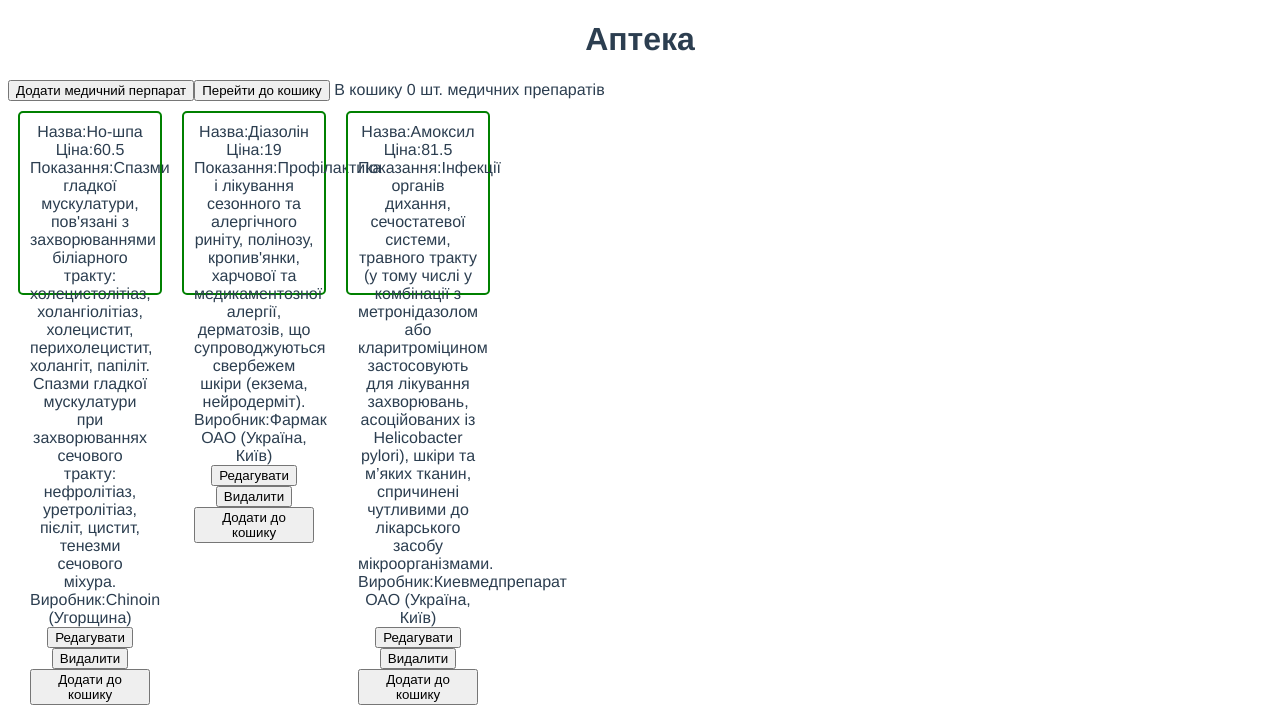
Repository: kristinap8/pharmacy
Page: /
The author's editor kept a copy of each file at every save. The page is drawn from the files as they stood at one save, then again after the next save.
The browser window is 1280 px wide. The pictures show the whole page.
The project was rebuilt for these pictures with package versions that can differ from the ones it lists, and the page was loaded fresh each time. Also part of the build but not shown: src/components/AddMedicineForm/index.vue, src/pages/AddMedicine/index.vue, src/components/EditMedicineForm/index.vue, src/pages/EditMedicine/index.vue, src/components/CartForm/index.vue, src/pages/Cart/index.vue.

Above is the page before, as saved 2020-12-10 02:03:07.

After the next save:
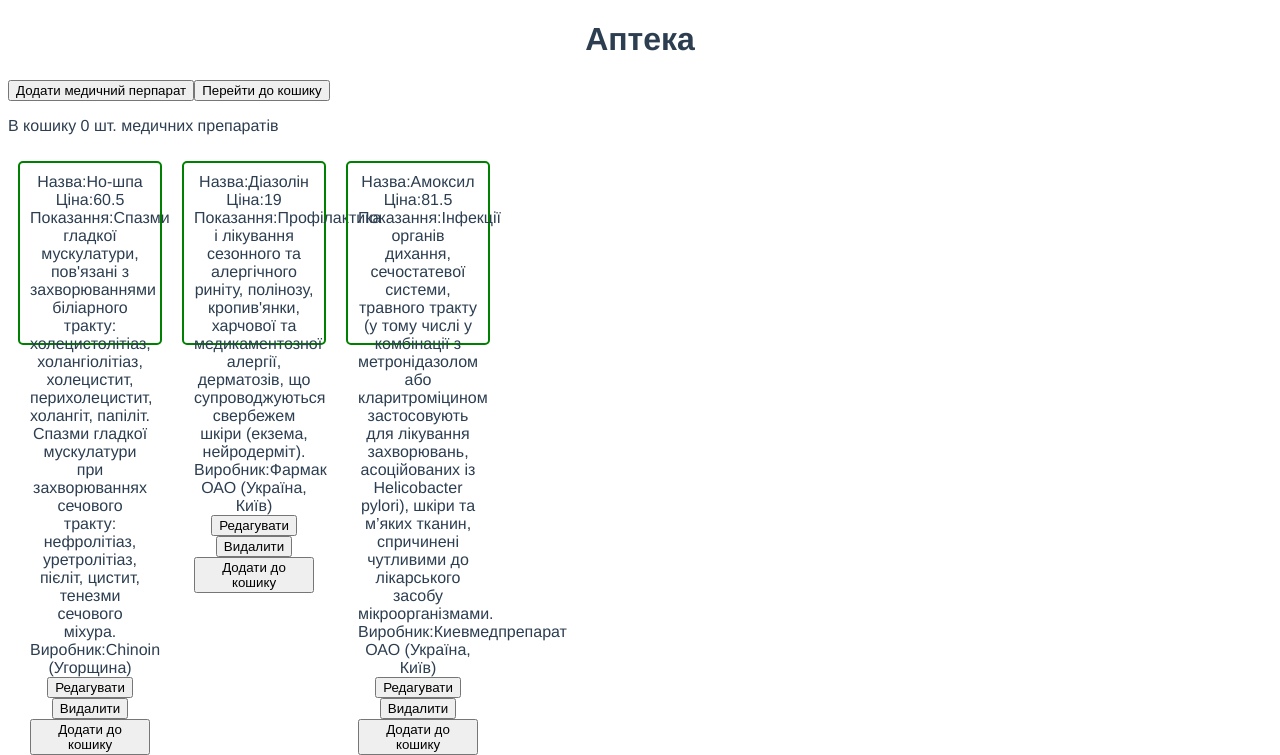
Saved 75 s later.
--- a/src/pages/AllMedicines/index.vue
+++ b/src/pages/AllMedicines/index.vue
@@ -3,7 +3,7 @@
         <h1 class="header">Аптека</h1>
         <router-link to="/add_medicine" tag="button">Додати медичний перпарат</router-link>
         <router-link to="/cart" tag="button">Перейти до кошику</router-link>
-        В кошику {{this.$store.state.cartItemsCount}} шт. медичних препаратів
+        <p>В кошику {{this.$store.state.cartItemsCount}} шт. медичних препаратів</p>
      <medicines-list/>
     </div>
 </template>
